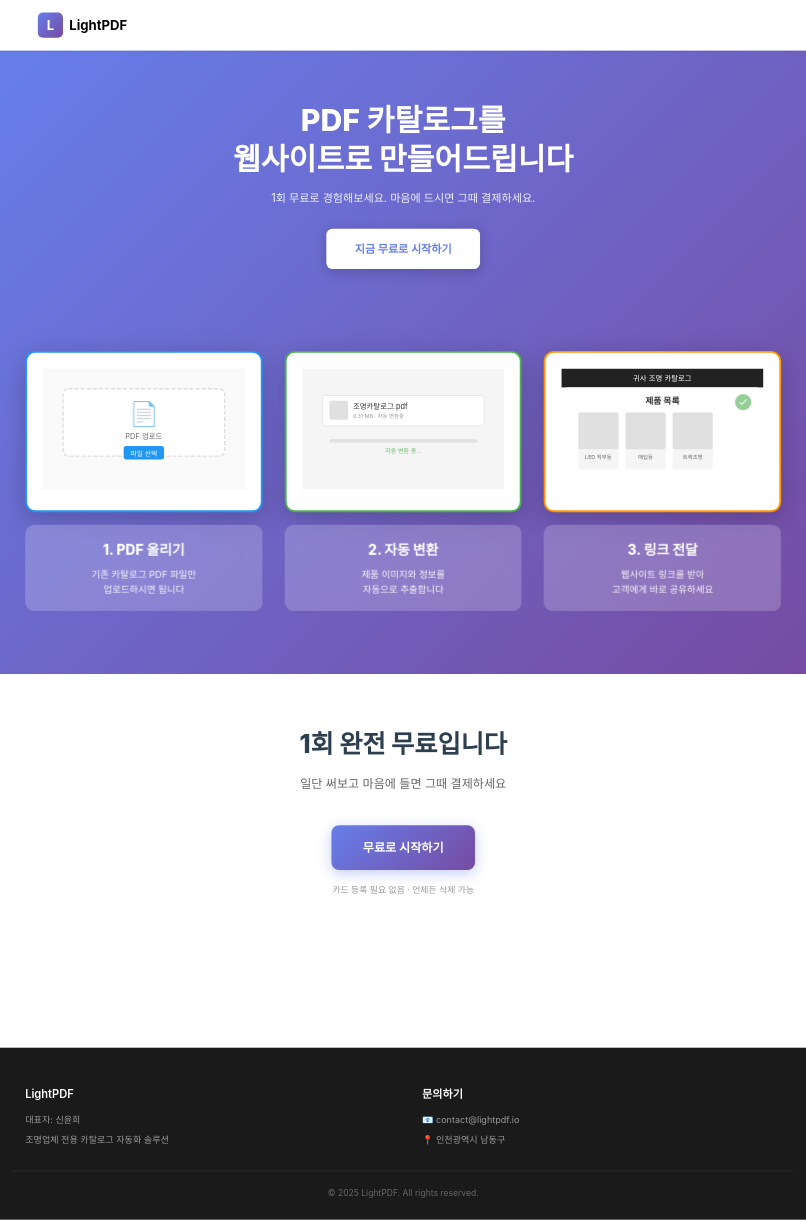
Repository: ororso11/catamaster
Page: frontend/public/index.html
An editor plug-in stored every save of this project. The page is shown before and after a run of saves, followed by the edit.
The browser window is 1280 px wide. The pictures show the whole page, at 63% of full size.

Above is the page before, as saved 2025-10-05 19:51:13.

After the next 2 saves:
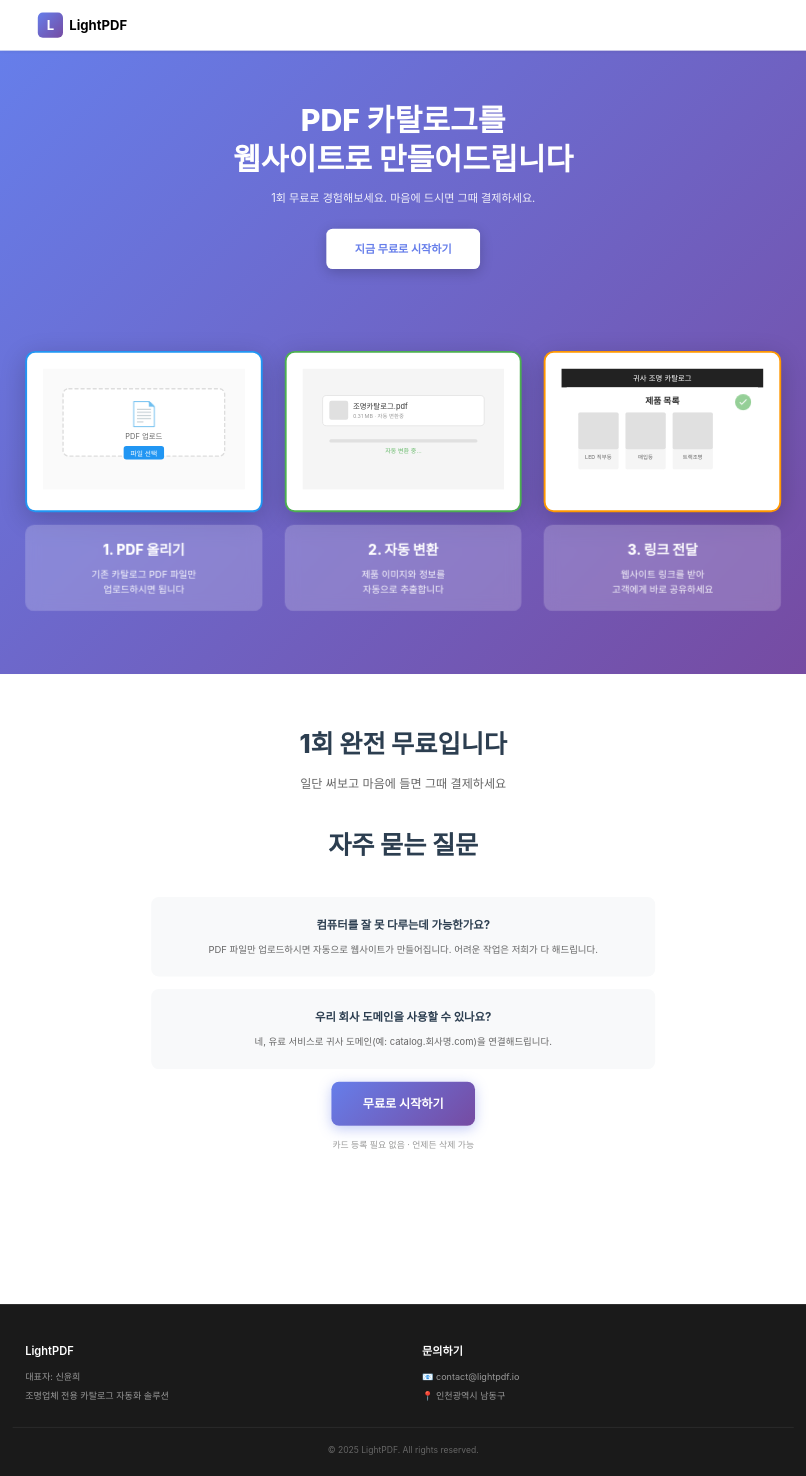
The 2 saves are shown as one change because they came seconds apart.
The last was saved 8 s later.
--- a/frontend/public/index.html
+++ b/frontend/public/index.html
@@ -107,6 +107,22 @@
             <div class="trial-content">
                 <h2>1회 완전 무료입니다</h2>
                 <p class="trial-subtitle">일단 써보고 마음에 들면 그때 결제하세요</p>
+                <div class="faq-container">
+                <h2 class="section-title">자주 묻는 질문</h2>
+
+                <div class="faq-list">
+
+                    <div class="faq-item">
+                        <h4>컴퓨터를 잘 못 다루는데 가능한가요?</h4>
+                        <p>PDF 파일만 업로드하시면 자동으로 웹사이트가 만들어집니다. 어려운 작업은 저희가 다 해드립니다.</p>
+                    </div>
+
+                    <div class="faq-item">
+                        <h4>우리 회사 도메인을 사용할 수 있나요?</h4>
+                        <p>네, 유료 서비스로 귀사 도메인(예: catalog.회사명.com)을 연결해드립니다.</p>
+                    </div>
+                </div>
+            </div>
                 <a href="dashboard.html" class="trial-btn">무료로 시작하기</a>
                 <p class="trial-note">카드 등록 필요 없음 · 언제든 삭제 가능</p>
             </div>
